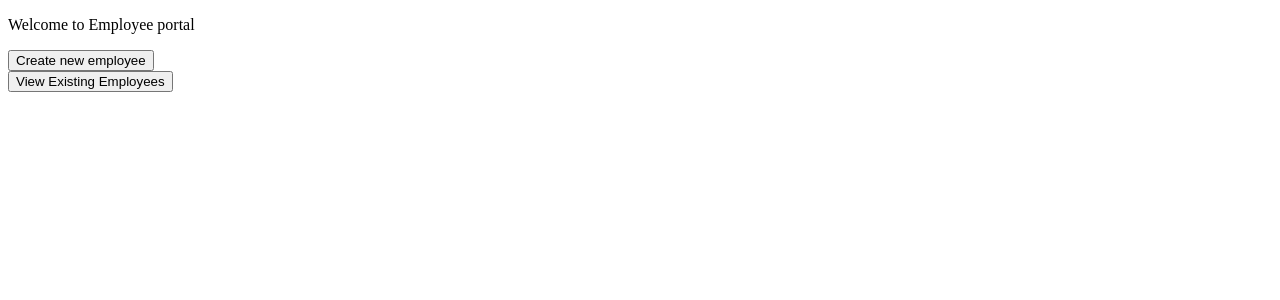
Repository: tamilnila96/Servlet
Page: http://localhost/EmployeeDetails/
These files come from the project's save history. The page is drawn as it stood at one moment and after the next save; the edit follows.
The browser window is 1280 px wide. The pictures show the whole page.
The page is served by Tomcat 9. Other server files are loaded and not shown.

Above is the page before, as saved 2025-05-15 05:19:21.

### EmployeeDetails/WebContent/index.jsp
<%@ page language="java" contentType="text/html; charset=ISO-8859-1"
    pageEncoding="ISO-8859-1"%>
    <%@ page import="java.util.List" %>
<%@ page import="com.ebrain.entity.Employee" %>
<!DOCTYPE html>
<html>
<head>
<meta charset="ISO-8859-1">
<title>EmployeeInformation</title>
<style>
table,th,td{
border : 1px solid black;
border-collapse:border;
}
   </style>
</head>
<body>
<p> Welcome to Employee portal </p>
<!-- Use a form to safely trigger servlet -->
    <form action="<%= request.getContextPath() %>/Employee" method="get">
        <button type="submit">Create new employee</button>
    </form>

    <form action="<%= request.getContextPath() %>"/EmployeeSubmission" method="get">
        <button type="submit">View Existing Employees</button>
    </form>


</body>
</html>

After the next save:
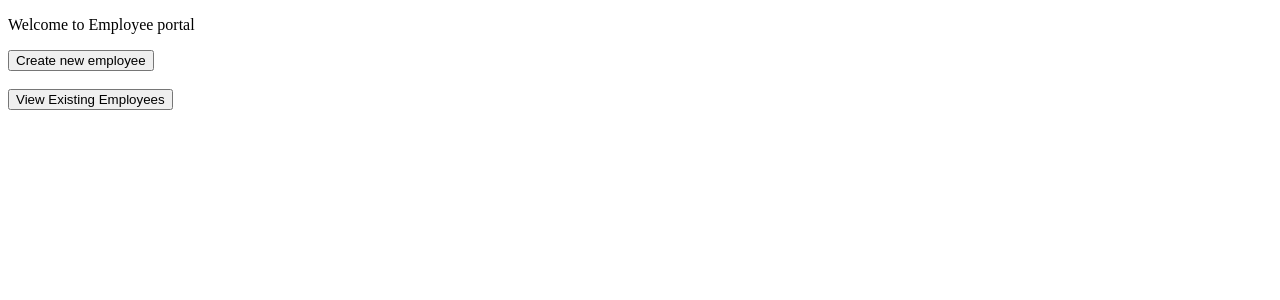
Saved 6 min 10 s later.
--- a/EmployeeDetails/WebContent/index.jsp
+++ b/EmployeeDetails/WebContent/index.jsp
@@ -21,6 +21,8 @@
         <button type="submit">Create new employee</button>
     </form>
 
+    </br>
+
     <form action="<%= request.getContextPath() %>"/EmployeeSubmission" method="get">
         <button type="submit">View Existing Employees</button>
     </form>

After the save that followed:
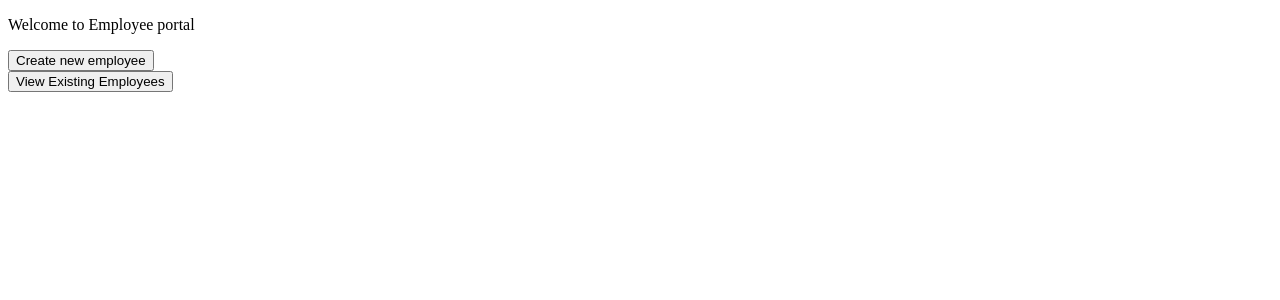
Saved 3 min 57 s later.
--- a/EmployeeDetails/WebContent/index.jsp
+++ b/EmployeeDetails/WebContent/index.jsp
@@ -21,9 +21,7 @@
         <button type="submit">Create new employee</button>
     </form>
 
-    </br>
-
-    <form action="<%= request.getContextPath() %>"/EmployeeSubmission" method="get">
+    <form action="<%= request.getContextPath() %>/EmployeeSubmission" method="get">
         <button type="submit">View Existing Employees</button>
     </form>
 
